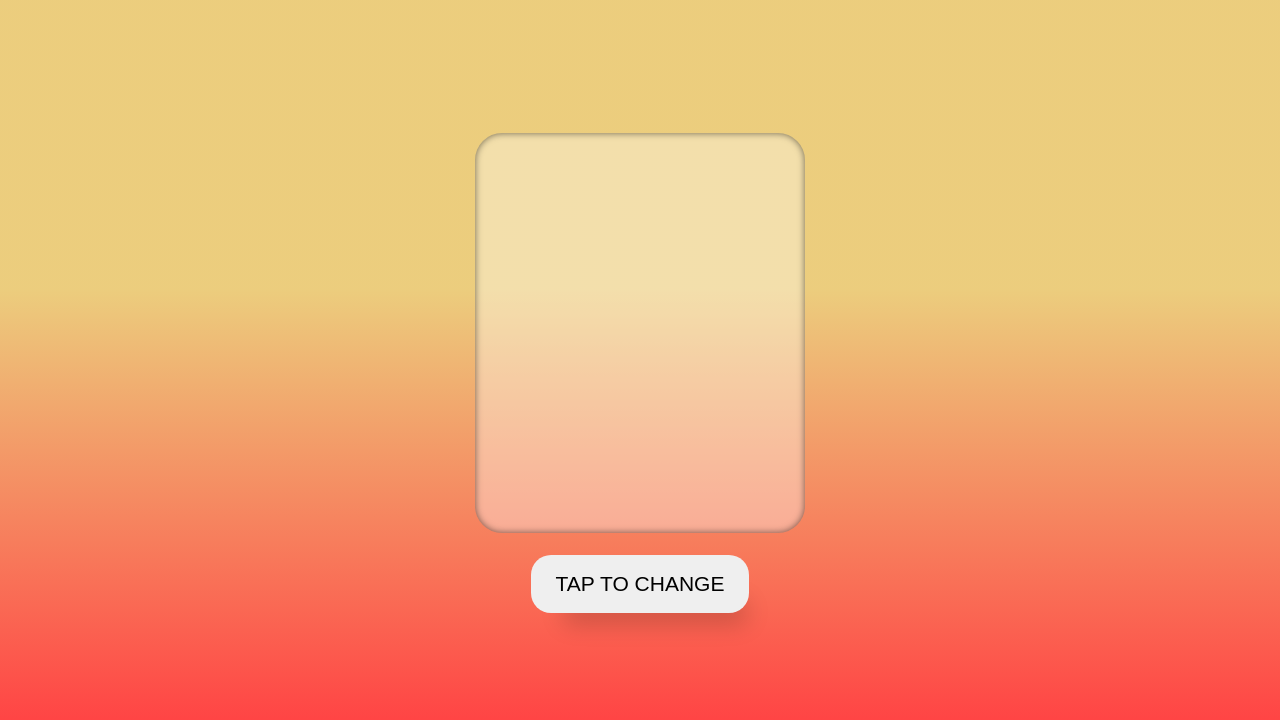
Repository: ThanhThn/profile
Page: index.html
These files come from the project's save history. The page is drawn as it stood at one moment and after the next save; the edit follows.
The browser window is 1280 px wide. The pictures show the whole page.
Some web fonts or font styles are not loaded; a fallback is used.

Above is the page before, as saved 2022-12-05 00:09:04.

After the next save:
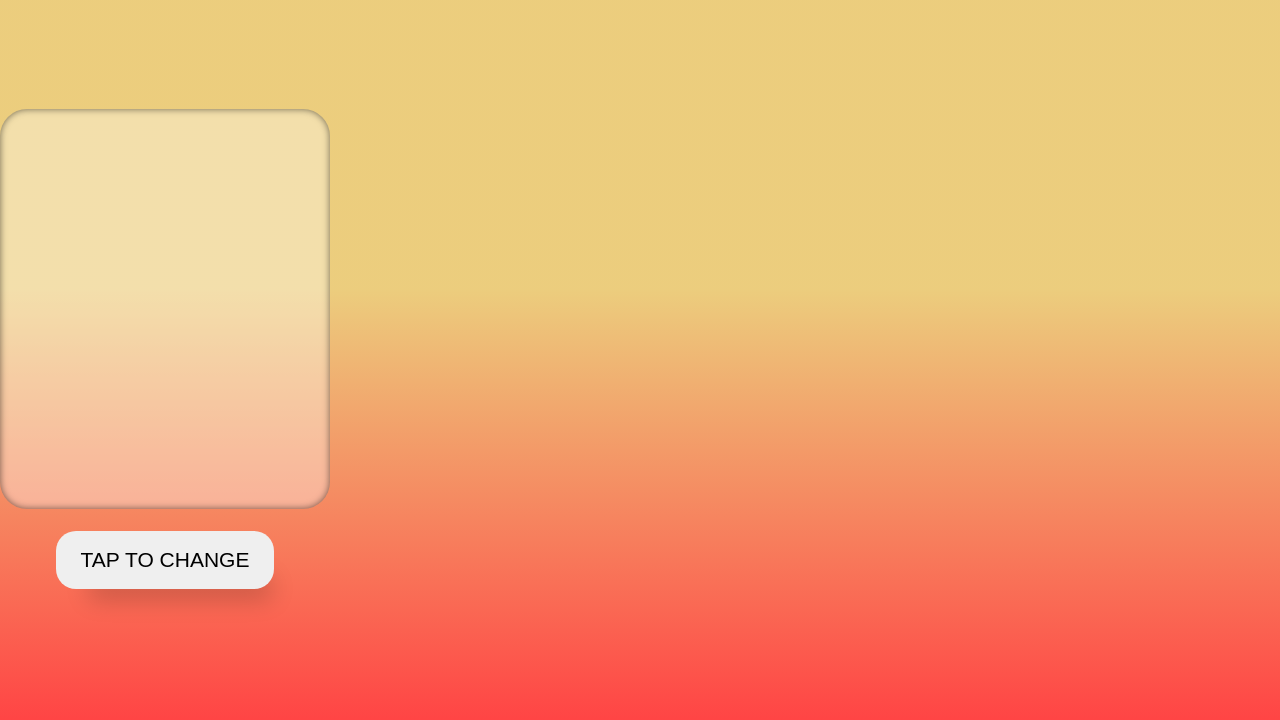
Saved 34 s later.
--- a/style.css
+++ b/style.css
@@ -12,8 +12,10 @@ body{
 }
 .container{
     position: absolute;
-    top: calc((100% - 454px)/2);
-    left: calc((100% - 330px)/2);
+    top: 50%;
+    -webkit-transform: translateY(-50%);
+    -ms-transform: translateY(-50%);
+    transform: translateY(-50%);
     display: flex;
     flex-direction: column;
     align-items: center;
